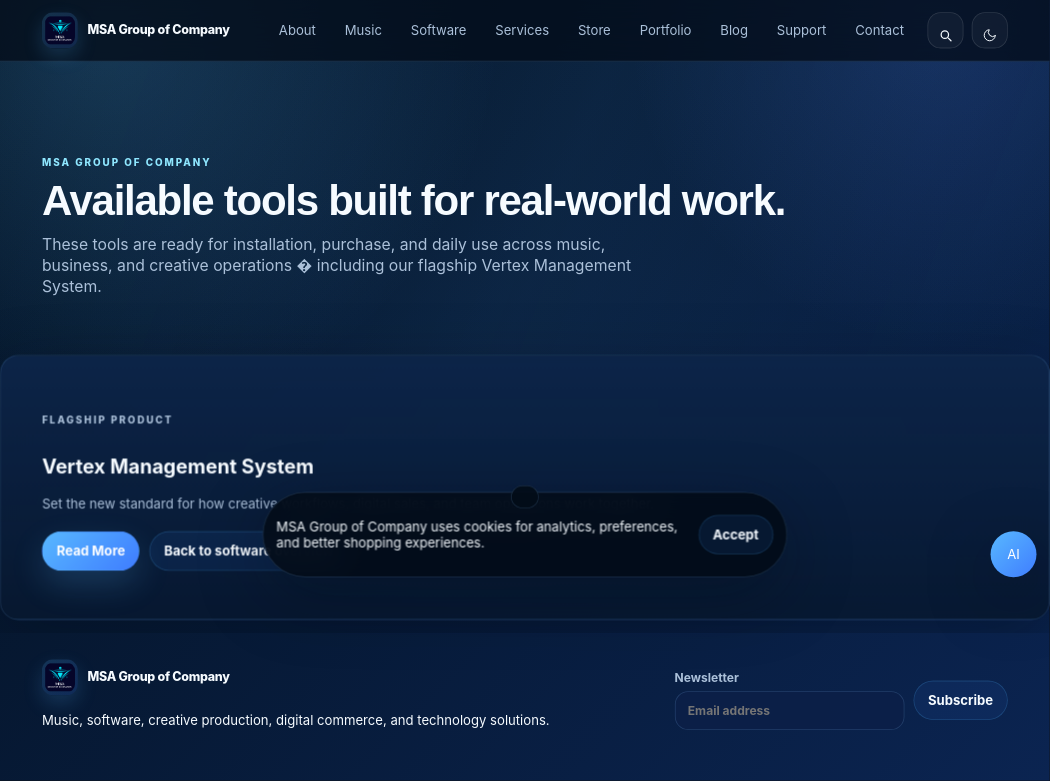
Repository: wifiasert/MSA-Group-of-Company
Page: software/available/index.html
The author's editor kept a copy of each file at every save. The page is drawn from the files as they stood at one save, then again after the next save.
The browser window is 1280 px wide. The pictures show the whole page, at 82% of full size.

Above is the page before, as saved 2026-07-18 05:13:15.

### software/available/index.html
<!doctype html>
<html lang="en">
<head>
  <meta charset="utf-8">
  <meta name="viewport" content="width=device-width, initial-scale=1">
  <title>MSA Group of Company | Available Software</title>
  <meta name="robots" content="index, follow">
  <meta name="keywords" content="software company, digital agency, AI solutions, web development, mobile app development, automation, branding, music production, Ghana software company, global software company">
  <link rel="canonical" href="https://msagroupofcompanies.online/software/available/">
  <link rel="shortlink" href="https://msagroupofcompanies.online/software/available/">
  <meta property="og:locale" content="en_US">
  <meta property="og:site_name" content="MSA Group of Company">
  <meta property="og:type" content="website">
  <meta property="og:title" content="MSA Group of Company | Available Software">
  <meta property="og:description" content="Explore software products already available for download and purchase.">
  <meta property="og:url" content="https://msagroupofcompanies.online/software/available/">
  <meta property="og:image" content="https://msagroupofcompanies.online/assets/og-preview.png">
  <meta property="og:image:alt" content="MSA Group of Company digital services and creative technology">
  <meta name="twitter:card" content="summary_large_image">
  <meta name="twitter:title" content="MSA Group of Company | Available Software">
  <meta name="twitter:description" content="Explore software products already available for download and purchase.">
  <meta name="twitter:image" content="https://msagroupofcompanies.online/assets/og-preview.png">
  <meta name="author" content="MSA Group of Company">
  <meta name="publisher" content="MSA Group of Company">
  <link rel="apple-touch-icon" href="https://msagroupofcompanies.online/assets/favicon.svg">
  <link rel="manifest" href="../../manifest.webmanifest">

  <meta name="description" content="Explore software products already available for download and purchase.">
  <meta name="theme-color" content="#060816">
  <link rel="icon" href="../../assets/favicon.svg" type="image/svg+xml">
  <link rel="stylesheet" href="../../styles.css">
  <script type="application/ld+json">
{
  "@context": "https://schema.org",
  "@graph": [
    {
      "@type": [
        "Organization",
        "ProfessionalService",
        "LocalBusiness"
      ],
      "@id": "https://msagroupofcompanies.online/#organization",
      "name": "MSA Group of Company",
      "url": "https://msagroupofcompanies.online/",
      "logo": "https://msagroupofcompanies.online/assets/favicon.svg",
      "sameAs": [
        "https://www.linkedin.com/",
        "https://www.instagram.com/",
        "https://www.youtube.com/",
        "https://www.tiktok.com/",
        "https://twitter.com/"
      ],
      "description": "MSA Group of Company delivers music, software, creative production, branding, and technology solutions for artists, startups, and businesses worldwide.",
      "contactPoint": [
        {
          "@type": "ContactPoint",
          "contactType": "customer support",
          "email": "hello@msa.company",
          "areaServed": [
            "GH",
            "US",
            "GB",
            "CA"
          ],
          "availableLanguage": [
            "English"
          ]
        }
      ],
      "address": {
        "@type": "PostalAddress",
        "addressCountry": "GH",
        "addressLocality": "Accra",
        "addressRegion": "Greater Accra"
      }
    },
    {
      "@type": "WebSite",
      "@id": "https://msagroupofcompanies.online/#website",
      "url": "https://msagroupofcompanies.online/",
      "name": "MSA Group of Company",
      "publisher": {
        "@id": "https://msagroupofcompanies.online/#organization"
      }
    },
    {
      "@type": "WebPage",
      "@id": "https://msagroupofcompanies.online/software/available/#webpage",
      "url": "https://msagroupofcompanies.online/software/available/",
      "name": "MSA Group of Company | Available Software",
      "description": "Explore software products already available for download and purchase.",
      "inLanguage": "en",
      "isPartOf": {
        "@id": "https://msagroupofcompanies.online/#website"
      },
      "breadcrumb": {
        "@id": "https://msagroupofcompanies.online/software/available/#breadcrumb"
      }
    },
    {
      "@type": "BreadcrumbList",
      "@id": "https://msagroupofcompanies.online/software/available/#breadcrumb",
      "itemListElement": [
        {
          "@type": "ListItem",
          "position": 1,
          "name": "Home",
          "item": "https://msagroupofcompanies.online/"
        },
        {
          "@type": "ListItem",
          "position": 2,
          "name": "Software",
          "item": "https://msagroupofcompanies.online/software/"
        },
        {
          "@type": "ListItem",
          "position": 3,
          "name": "Available",
          "item": "https://msagroupofcompanies.online/software/available"
        }
      ]
    },
    {
      "@type": "OfferCatalog",
      "name": "MSA Group of Company services",
      "itemListElement": [
        {
          "@type": "OfferCatalog",
          "name": "Website Development",
          "itemListElement": [
            {
              "@type": "Offer",
              "itemOffered": {
                "@type": "Service",
                "name": "Website Development"
              }
            }
          ]
        },
        {
          "@type": "OfferCatalog",
          "name": "Brand Identity",
          "itemListElement": [
            {
              "@type": "Offer",
              "itemOffered": {
                "@type": "Service",
                "name": "Brand Identity"
              }
            }
          ]
        },
        {
          "@type": "OfferCatalog",
          "name": "Music Production",
          "itemListElement": [
            {
              "@type": "Offer",
              "itemOffered": {
                "@type": "Service",
                "name": "Music Production"
              }
            }
          ]
        },
        {
          "@type": "OfferCatalog",
          "name": "Software Development",
          "itemListElement": [
            {
              "@type": "Offer",
              "itemOffered": {
                "@type": "Service",
                "name": "Software Development"
              }
            }
          ]
        },
        {
          "@type": "OfferCatalog",
          "name": "Digital Marketing",
          "itemListElement": [
            {
              "@type": "Offer",
              "itemOffered": {
                "@type": "Service",
                "name": "Digital Marketing"
              }
            }
          ]
        },
        {
          "@type": "OfferCatalog",
          "name": "Technology Solutions",
          "itemListElement": [
            {
              "@type": "Offer",
              "itemOffered": {
                "@type": "Service",
                "name": "Technology Solutions"
              }
            }
          ]
        },
        {
          "@type": "OfferCatalog",
          "name": "Music Distribution",
          "itemListElement": [
            {
              "@type": "Offer",
              "itemOffered": {
                "@type": "Service",
                "name": "Music Distribution"
              }
            }
          ]
        },
        {
          "@type": "OfferCatalog",
          "name": "Publishing Services",
          "itemListElement": [
            {
              "@type": "Offer",
              "itemOffered": {
                "@type": "Service",
                "name": "Publishing Services"
              }
            }
          ]
        },
        {
          "@type": "OfferCatalog",
          "name": "Artist Services",
          "itemListElement": [
            {
              "@type": "Offer",
              "itemOffered": {
                "@type": "Service",
                "name": "Artist Services"
              }
            }
          ]
        },
        {
          "@type": "OfferCatalog",
          "name": "Record Label Services",
          "itemListElement": [
            {
              "@type": "Offer",
              "itemOffered": {
                "@type": "Service",
                "name": "Record Label Services"
              }
            }
          ]
        },

        {
          "@type": "OfferCatalog",
          "name": "App Development",
          "itemListElement": [
            {
              "@type": "Offer",
              "itemOffered": {
                "@type": "Service",
                "name": "App Development"
              }
            }
          ]
        },
        {
          "@type": "OfferCatalog",
          "name": "Business Automation",
          "itemListElement": [
            {
              "@type": "Offer",
              "itemOffered": {
                "@type": "Service",
                "name": "Business Automation"
              }
            }
          ]
        }
      ]
    }
  ]
}
  </script>
</head>
<body>
  <div class="loader" id="loader"><span>MSA</span></div>
  <a class="skip-link" href="#main">Skip to content</a>
  <header class="site-header">
    <nav class="nav-shell" aria-label="Primary navigation">
      <a class="brand" href="../../" aria-label="MSA Group of Company home"><img class="brand-logo" src="../../images/logo%20n%20copy.jpg" alt="MSA Group of Company logo"><span class="brand-text">MSA Group of Company</span></a>
      <button class="icon-button nav-toggle" type="button" aria-label="Open navigation" aria-expanded="false">☰</button>
      <div class="nav-links" id="navLinks">
        <div class="nav-item"><a href="../../about/">About</a></div>
        <div class="nav-item"><a href="../../music/">Music</a><div class="submenu"><a href="../../music/record-label/">Record Label</a><a href="../../music/distribution/">Distribution</a><a href="../../music/publishing/">Publishing</a><a href="../../music/artist-services/">Artist Services</a></div></div>
        <div class="nav-item"><a href="../../software/">Software</a><div class="submenu"><a href="../../software/available/">Available</a><a href="../../software/coming-soon/">Coming Soon</a></div></div>
        <div class="nav-item"><a href="../../services/">Services</a></div>
        <div class="nav-item"><a href="../../store/">Store</a></div>
        <div class="nav-item"><a href="../../portfolio/">Portfolio</a></div>
        <div class="nav-item"><a href="../../blog/">Blog</a></div>
        <div class="nav-item"><a href="../../support/">Support</a></div>
        <div class="nav-item"><a href="../../contact/">Contact</a></div>
      </div>
      <div class="nav-actions"><button class="icon-button" id="searchOpen" type="button" aria-label="Open search">⌕</button><button class="icon-button" id="themeToggle" type="button" aria-label="Toggle theme">◐</button></div>
    </nav>
  </header>
  <main id="main">
    <section class="page-hero reveal"><div class="hero-content"><p class="eyebrow">MSA Group of Company</p><h1>Available tools built for real-world work.</h1><p class="hero-copy">These tools are ready for installation, purchase, and daily use across music, business, and creative operations � including our flagship Vertex Management System.</p></div></section>
      <div class="glass-card section-panel">
        <div class="hero-content">
          <p class="eyebrow">Flagship product</p>
          <h2>Vertex Management System</h2>
          <p>Set the new standard for how creative workflows, digital sales, and team operations work together.</p>
          <div class="hero-actions"><a class="primary-button" href="vertex-management-system/">Read More</a><a class="secondary-button" href="../">Back to software overview</a></div>
        </div>
      </div>
    </section>
  </main>
  <footer class="site-footer"><div><a class="brand" href="../../" aria-label="MSA Group of Company home"><img class="brand-logo" src="../../images/logo%20n%20copy.jpg" alt="MSA Group of Company logo"><span class="brand-text">MSA Group of Company</span></a><p>Music, software, creative production, digital commerce, and technology solutions.</p></div><form class="newsletter" data-form="newsletter"><label>Newsletter<input required type="email" placeholder="Email address"></label><button class="secondary-button" type="submit">Subscribe</button></form></footer>
  <dialog class="modal" id="searchModal"><button class="icon-button close-modal" data-close type="button">×</button><h2>Search MSA Group of Company</h2><input id="siteSearch" placeholder="Search services, products, support, blog..."><div id="searchResults" class="search-results"></div></dialog>
  <div class="chatbot" id="chatbot"><button class="chat-toggle" id="chatToggle" type="button">AI</button><div class="chat-window" aria-live="polite"><strong>MSA AI Support</strong><div id="chatLog"><p>Ask about software, music submissions, orders, or services.</p></div><form id="chatForm"><input id="chatInput" placeholder="Type a question..."><button type="submit">Send</button></form></div></div>
  <div class="cookie" id="cookieBanner"><p>MSA Group of Company uses cookies for analytics, preferences, and better shopping experiences.</p><button class="secondary-button" id="cookieAccept" type="button">Accept</button></div>
  <div class="toast" id="toast" role="status" aria-live="polite"></div>
  <script src="../../app.js"></script>
</body>
</html>

Loaded but not shown: app.js (337 lines, source omitted); styles.css (433 lines, source omitted)

After the next save:
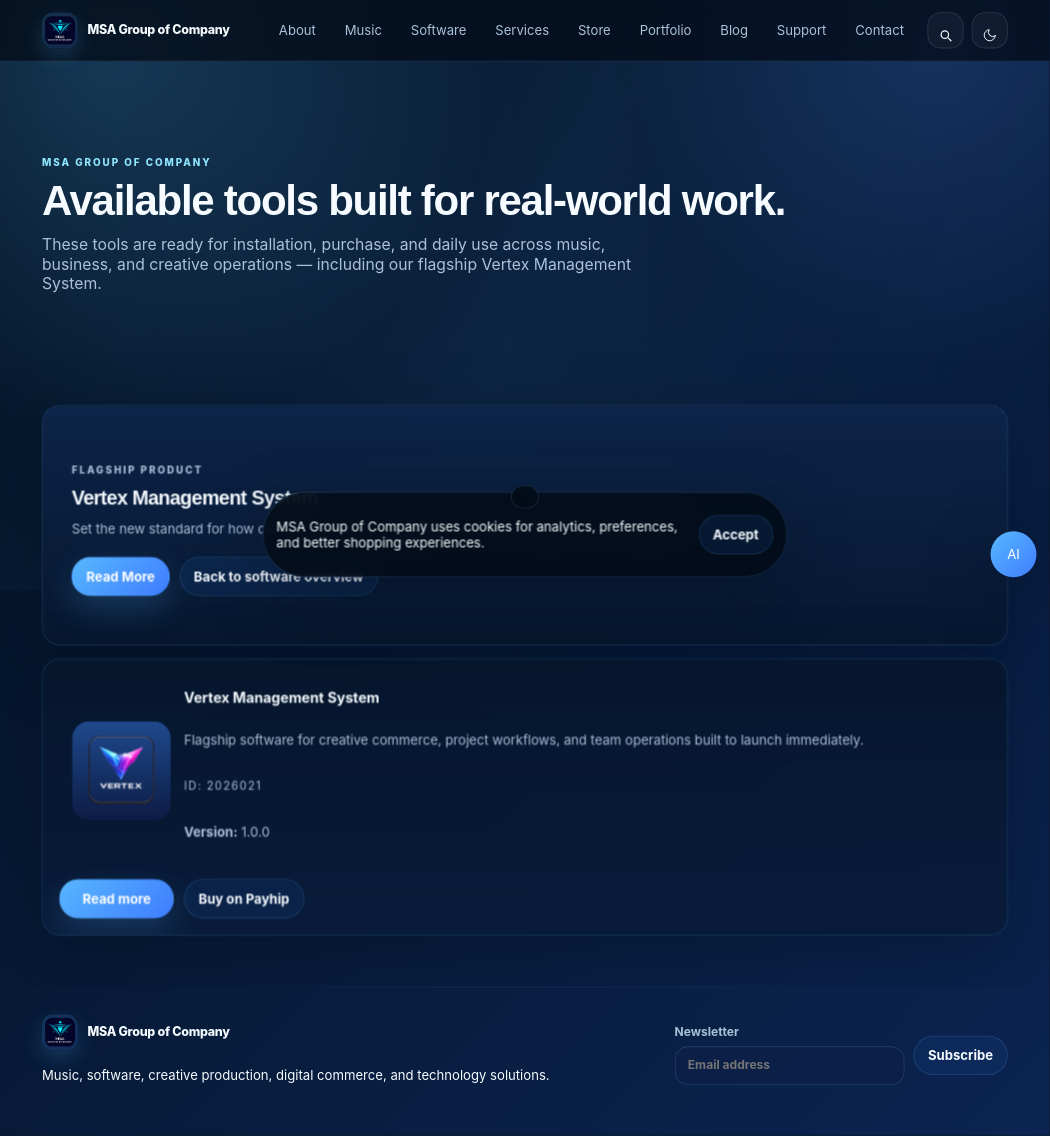
Saved 11 min 19 s later.
--- a/software/available/index.html
+++ b/software/available/index.html
@@ -310,7 +310,14 @@
     </nav>
   </header>
   <main id="main">
-    <section class="page-hero reveal"><div class="hero-content"><p class="eyebrow">MSA Group of Company</p><h1>Available tools built for real-world work.</h1><p class="hero-copy">These tools are ready for installation, purchase, and daily use across music, business, and creative operations � including our flagship Vertex Management System.</p></div></section>
+    <section class="page-hero reveal">
+      <div class="hero-content">
+        <p class="eyebrow">MSA Group of Company</p>
+        <h1>Available tools built for real-world work.</h1>
+        <p class="hero-copy">These tools are ready for installation, purchase, and daily use across music, business, and creative operations — including our flagship Vertex Management System.</p>
+      </div>
+    </section>
+    <section class="section reveal">
       <div class="glass-card section-panel">
         <div class="hero-content">
           <p class="eyebrow">Flagship product</p>
@@ -319,6 +326,21 @@
           <div class="hero-actions"><a class="primary-button" href="vertex-management-system/">Read More</a><a class="secondary-button" href="../">Back to software overview</a></div>
         </div>
       </div>
+      <article class="glass-card product-card" id="vertex-management">
+        <a class="product-link" href="vertex-management-system/">
+          <div class="product-image"><img loading="lazy" src="../../images/vertex.png" alt="Vertex Management System logo"></div>
+          <div class="product-copy">
+            <h3>Vertex Management System</h3>
+            <p>Flagship software for creative commerce, project workflows, and team operations built to launch immediately.</p>
+            <p class="product-code">ID: 2026021</p>
+            <p><strong>Version:</strong> 1.0.0</p>
+          </div>
+        </a>
+        <div class="hero-actions">
+          <a class="primary-button" href="vertex-management-system/">Read more</a>
+          <a class="secondary-button" href="https://payhip.com/b/Zy86V" target="_blank" rel="noopener">Buy on Payhip</a>
+        </div>
+      </article>
     </section>
   </main>
   <footer class="site-footer"><div><a class="brand" href="../../" aria-label="MSA Group of Company home"><img class="brand-logo" src="../../images/logo%20n%20copy.jpg" alt="MSA Group of Company logo"><span class="brand-text">MSA Group of Company</span></a><p>Music, software, creative production, digital commerce, and technology solutions.</p></div><form class="newsletter" data-form="newsletter"><label>Newsletter<input required type="email" placeholder="Email address"></label><button class="secondary-button" type="submit">Subscribe</button></form></footer>
